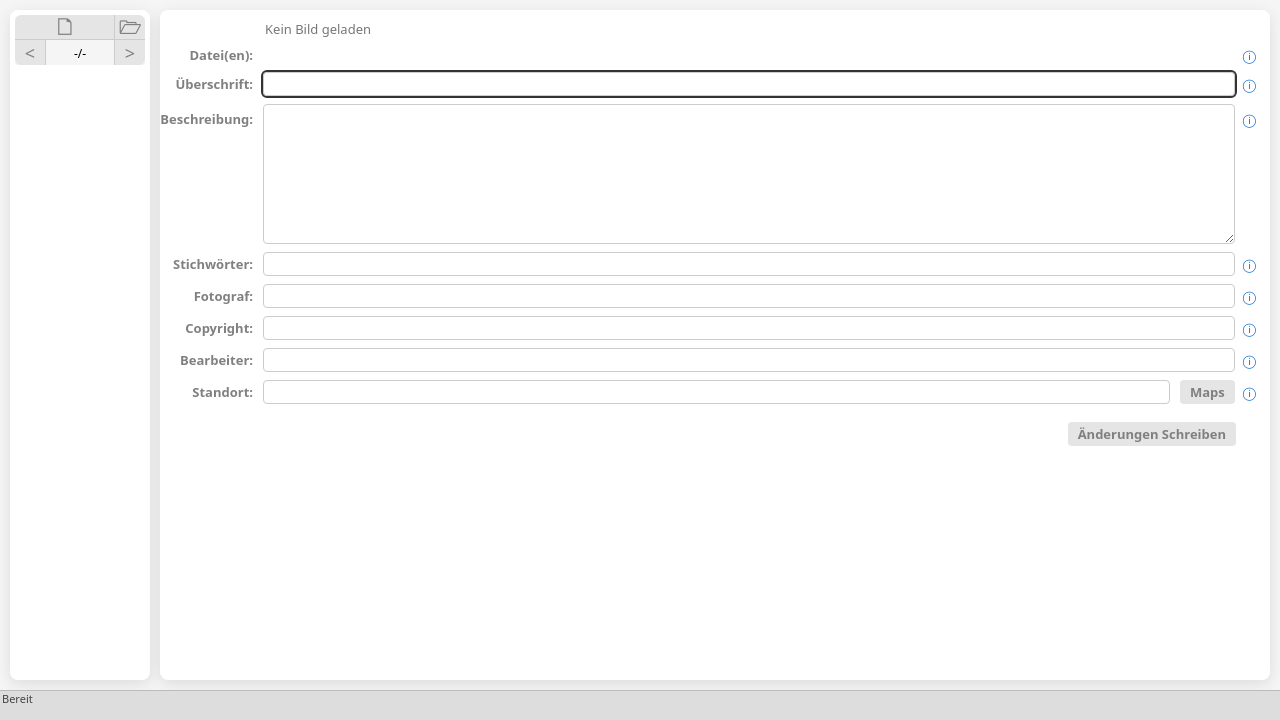
Repository: h-fahle/metadata
Page: ui/index.html
The author's editor kept a copy of each file at every save. The page is drawn from the files as they stood at one save, then again after the next save.
The browser window is 1280 px wide. The pictures show the whole page.
The first visible `.form-row input` has the focus.

Above is the page before, as saved 2026-08-25 09:55:47.
Console error: TypeError: Cannot read properties of undefined (reading 'core')

### ui/index.html
<!DOCTYPE html>
<html lang="de">

<head>
	<meta charset="UTF-8">
	<title>Tauri ExifTool Test</title>
	<script src="script.js" defer></script>
	<link rel="stylesheet" href="style.css">
</head>

<body>

	<main id="main-container">

		<!-- Das Vorschaubild links -->
		<aside id="sidebar">

			<div class="split-button-container">
				<div class="main-row">
					<button class="open-files" onclick="waehleUndLadeBilder(false, true)">&#x1F5CB;</button>
					<button class="open-folder" onclick="waehleUndLadeBilder(true, false)">&#x1F5C1;</button>
				</div>
				<div class="pager-row">
					<button class="pager-btn prev-btn" onclick="blaettern(-1)">&lt;</button>
					<div id="img-nummer" class="pager-display">-/-</div>
					<button class="pager-btn next-btn" onclick="blaettern(1)">&gt;</button>
				</div>
			</div>

			<img id="vorschau-bild" src="" style="display:none;" />
			<div id="bild-info" style="text-align:center;">
				<span id="img-datum"></span><br>
				<span id="img-groesse"></span>
			</div>
		</aside>

		<!-- Das Formular rechts -->
		<section id="form-container">

			<div id="ordner-pfad">Kein Bild geladen</div>

			<div class="form-row">
				<label for="filename">Datei(en):</label>
				<div id="dynamischerBereich" style="width: 100%;">
					<!-- Input- / oder Select-Element -->
				</div>
				<div class="tooltip-container">
					<span class="info-icon">ⓘ</span>
					<div class="tooltip-box">Im Einzelmodus: Änderung des Dateinamens bewirkt Umbenennung der Datei.
						Im Stapelmodus: Dateinamen sind nicht änderbar.!
					</div>
				</div>
			</div>

			<div class="form-row">
				<label for="caption">Überschrift:</label>
				<input type="text" id="caption" name="caption" />
				<div class="tooltip-container">
					<span class="info-icon">ⓘ</span>
					<div class="tooltip-box">Auch: (Dokument-)Titel, Schlagzeile, Headline
					</div>
				</div>
			</div>

			<div class="form-row form-row-top">
				<label for="description">Beschreibung:</label>
				<textarea id="description" name="description"></textarea>
				<div class="tooltip-container">
					<span class="info-icon">ⓘ</span>
					<div class="tooltip-box">Beschreibender Text in beliebiger Länge.
						(Im Stapelmodus wird der eingegebene Text
						&nbsp;&nbsp; an vorhandenen angehängt.)
						Hinweis: Einige Programme zeigen nur 2.000 Zeichen
						&nbsp;&nbsp; oder auch weniger an.
					</div>
				</div>
			</div>

			<div class="form-row">
				<label for="keywords">Stichwörter:</label>
				<input type="text" id="keywords" name="keywords" />
				<div class="tooltip-container">
					<span class="info-icon">ⓘ</span>
					<div class="tooltip-box">Komma-separierte Liste. Groß-/Kleinschreibung beachten.
						Im Stapelmodus werden die eingegebenen Stichwörter
						&nbsp;&nbsp; an vorhandene angehängt.
					</div>
				</div>
			</div>

			<div class="form-row">
				<label for="creator">Fotograf:</label>
				<input type="text" id="creator" name="creator" />
				<div class="tooltip-container">
					<span class="info-icon">ⓘ</span>
					<div class="tooltip-box">Urheber, Ersteller, Autor
						(Tags: Artitst, Creator, By-line)
					</div>
				</div>
			</div>

			<div class="form-row">
				<label for="copyright">Copyright:</label>
				<input type="text" id="copyright" name="copyright" />
				<div class="tooltip-container">
					<span class="info-icon">ⓘ</span>
					<div class="tooltip-box">Urheberrechtshinweis; enthält in der Regel:
						Name des Fotografen, Aufnahmejahr und Nutzungsrechte;
						(z.B. 'Copyright [1975] [Mustermann], Alle Rechte vorbehalten')
					</div>
				</div>
			</div>

			<div class="form-row">
				<label for="editor">Bearbeiter:</label>
				<input type="text" id="editor" name="editor" />
				<div class="tooltip-container">
					<span class="info-icon">ⓘ</span>
					<div class="tooltip-box">Verfasser der Metadaten
						(Tags: Caption Writer, Writer Editor)
					</div>
				</div>
			</div>

			<div class="form-row">
				<label for="position">Standort:</label>
				<input type="text" id="position" name="position" />
				<button type="button" onclick="zeigeMaps(event)">Maps</button>
				<div class="tooltip-container">
					<span class="info-icon">ⓘ</span>
					<div class="tooltip-box">GPS-Koordinaten in Dezimalgrad (z.B.: 51.49129, 8.43317).
						Ermitteln der Koordinaten in der Google Maps-Karte:
						&nbsp; 1. mit rechter Maustaste auf den Standort klicken,
						&nbsp; 2. auf die angezeigten Koordinaten klicken,
						&nbsp; 3. der so gespeicherte Wert kann mit Strg+V
						&nbsp;&nbsp;&nbsp;&nbsp;&nbsp;&nbsp; hier eingefügt werden.
					</div>
				</div>
			</div>

			<!-- Button-Leiste -->
			<div class="button-group">
				<button type="button" onclick="exifSchreiben(event)">Änderungen
					Schreiben</button>
			</div>

		</section> <!-- Ende der form-containers-->
	</main> <!-- Ende des main-containers -->

	<footer id="statusleiste">
		<div id="status-text">
			Bereit
		</div>
	</footer>


</body>

</html>

### ui/style.css
:root {
	--app-font: system-ui, -apple-system, "Segoe UI", Roboto, Helvetica, Arial, sans-serif;
	--app-font-size: 13px;
}

/* 1. Das App-Fenster exakt auf 100% fixieren (kein äußeres Scrollen) */
html, body {
	margin: 0;
	padding: 0;
	height: 100vh;
	width: 100vw;
	overflow: hidden; /* Verhindert jegliche äußere Scrollbalken */
	background: #f5f5f5;
	display: flex;
	flex-direction: column; /* Hauptinhalt oben, Statusleiste unten */
	font-family: var(--app-font);
	font-size: var(--app-font-size);
}

input,
textarea,
button,
select {
	font-family: var(--app-font) !important;
	font-size: var(--app-font-size) !important;
}

/* Allumfassender Box-Sizing-Fix für die gesamte App */
*, *::before, *::after {
	box-sizing: border-box;
}

/* 2. Der Hauptbereich füllt den gesamten oberen Platz aus --------------------------- */
#main-container {
	flex: 1;
	display: flex;
	flex-direction: row; /* Elemente nebeneinander */
	gap: 10px;
	padding: 10px;
	overflow: hidden; /* Verhindert, dass Riesen-Inhalte das Fenster sprengen */
}

/* 3. LINKS: Die Sidebar mit fester Breite */
#sidebar {
	width: 140px;
	min-width: 140px; /* Lässt die Sidebar niemals schrumpfen */
	background-color: #ffffff;
	border-radius: 8px;
	padding: 5px;
	box-shadow: 0 4px 15px rgba(0, 0, 0, 0.1);
}

#vorschau-bild {
	max-width: 130px;
	margin: 15px auto;
	height: auto;
}

/* 4. RECHTS: Das Formular nimmt den gesamten Rest ein und wächst mit */
#form-container {
	flex: 1; /* Nimmt 100% des restlichen Platzes ein */
	min-width: 0; /* Erlaubt Flexbox, die Box bei Bedarf zu verkleinern */
	background-color: #ffffff;
	border-radius: 8px;
	padding: 10px;
	display: flex;
	flex-direction: column;
	gap: 8px;
	box-shadow: 0 4px 15px rgba(0, 0, 0, 0.1);
}

#ordner-pfad {
	margin-left: 95px !important;
	color: #777777;
}

/* Jede Zeile wird zu einer horizontalen Flexbox */
.form-row {
	display: flex !important;
	flex-direction: row;
	align-items: center; /* Richtet Label und Input vertikal mittig zueinander aus */
	gap: 10px;           /* Abstand zwischen Label und Input */
	width: 100%;
}

/* Die Labels bekommen eine feste Breite, damit alle Inputs sauber untereinander starten */
.form-row label {
	width: 95px;         /* Breite je nach längstem Label-Text anpassen */
	min-width: 95px;     /* Verhindert, dass das Label zusammengedrückt wird */
	text-align: right;   /* Optional: Richtet den Text rechtsbündig zum Input aus */
	color: gray;
	font-weight: bold;
	margin-left: -12px;
}

/* Die Eingabefelder füllen jetzt den gesamten restlichen Platz der Zeile aus */
.form-row input,
.form-row textarea,
.form-row select {
	flex: 1;             /* Zwingt das Input-Feld, den Rest der Zeile einzunehmen */
	width: 100%;
	min-width: 0;        /* Erlaubt dem Input, bei sehr kleinen Fenstern stabil zu schrumpfen */
	border: 1px solid #ccc;
	border-radius: 4px;
	padding: 2px;
	-webkit-font-smoothing: antialiased;
	outline: none;
}
.form-row select {
	height: 25px;
	padding: 0;
}
.form-row textarea {
	min-height: 140px;
}
.form-row input:focus-visible {
	outline: 2px solid #333;
}

/* Ändert die Ausrichtung für die Textarea-Zeile nach oben */
.form-row-top {
	align-items: flex-start !important; /* Richtet Label, Textarea und Icon oben aus */
}
.form-row-top label,
.form-row-top .tooltip-container {
	padding-top: 6px; /* Verhindert, dass das Label zu weit oben klebt */
}


/* 5. UNTEN: Die Statusleiste mit fixer Höhe und eigenem Scrollbalken */
#statusleiste {
	height: 30px;  /* Feste Höhe für ca. 2 Zeilen Text */
	min-height: 30px;
	border-top: 1px solid #bbb;
	background-color: #ddd;
	font-size: 11px;
	color: #444;
	padding: 0 2px;
	overflow-y: auto;  /* Vertikaler Scrollbalken erscheint NUR bei Bedarf */
	overflow-x: hidden;  /* Verhindert horizontales Scrollen in der Statusleiste */
	-webkit-font-smoothing: antialiased;
}


/* Bedien-Elemente -------------------------------------------- */
button {
	padding: 3px 10px;
	font-weight: bold;
	cursor: pointer;
	border: none;
	background-color:#e5e5e5;
	color: gray;
}
button:hover {
	background-color: gray;
	color: white;
}
.button-group button,
.form-row button {
	border-radius: 4px;
}

	/* ------------------------------------------------------------------------------ */
	/* Container hält die Steuer-Buttons zusammen */
	.split-button-container {
	  display: inline-flex;
	  flex-direction: column;
	  position: relative;
	  font-family: system-ui, -apple-system, sans-serif;
	  width:130px;
	}

	/* Obere Reihe */
	.main-row {
	  height: 25px;
	  display: flex;
	  border-bottom: 1px solid #ccc; /* Trennlinie zur zweiten Reihe */
	}

	/* Untere Reihe */
	.pager-row {
	  height: 25px;
	  display: flex;
	  align-items: center;
	  background-color: #f5f5f5;
	}

	/* Gemeinsames Design für die Button-Teile */
	.open-files,
	.open-folder,
	.prev-btn,
	.next-btn {
	  font-size: 18px  !important;
	  padding: 0;
	  cursor: pointer;
	  transition: background-color 0.2s;
	}
	.prev-btn,
	.next-btn {
		font-weight: normal;
	}

	/* Hauptbutton oben links */
	.open-files {
	  width: 100%;
	  border-top-left-radius: 6px;
	  border-right: 1px solid #ccc
	}

	/* Pfeilbutton oben rechts */
	.open-folder {
	  width: 30%;
	  border-top-right-radius: 6px;
	}

	/* Blätter-Buttons unten links und rechts */
	.pager-btn {
	  width: 30px;
	  height: 100%;
	  display: flex;
	  align-items: center;
	  justify-content: center;
	  transition: background-color 0.2s;
	}
	.prev-btn {
		border-bottom-left-radius: 6px;
	}
	.next-btn {
		border-bottom-right-radius: 6px;
	}

	.pager-display {
	  height: 100%;
	  flex-grow: 1; /* Nimmt den gesamten Platz in der Mitte ein */
	  text-align: center;
	  font-size: 12px;
	  padding: 5px 0;
	  border-left: 1px solid #ccc;
	  border-right: 1px solid #ccc;
	  user-select: none; /* Verhindert versehentliches Markieren beim Klicken */
	}



/* Der Absendeknopf richtet sich nach den Eingabefeldern aus */
.button-group {
	display: flex;
	justify-content: flex-end;
	margin: 10px 24px 0 0;
}

.button-group button {
	margin-left: 5px;
}


/* Tooltip ---------------------------------------------------------- */

/* Container für das Icon und die Box */
.tooltip-container {
	position: relative; /* Wichtig, damit sich die Box am Icon ausrichtet */
	display: inline-flex;
	align-items: center;
	cursor: help;       /* Zeigt das Fragezeichen/Hilfe-Symbol als Mauszeiger */
	margin-left: -6px;
}

/* Das Info-Icon selbst */
.info-icon {
	color: #0066cc;     /* Schönes Info-Blau */
	padding: 0 4px;
	font-size: 13px;
}

.tooltip-box {
	display: none;
	position: fixed;

	width: max-content;
	max-width: 400px;      /* Verhindert, dass der Tooltip bei sehr viel Text das Fenster sprengt */
	white-space: pre-line;

	background-color: lightyellow;
	color: black;
	border: 1px solid gray;
	padding: 2px 4px;
	border-radius: 6px;
	font-size: 11px;
	line-height: 1.4;
	box-shadow: 0 4px 10px rgba(0, 0, 0, 0.2);
	z-index: 1001;   /* Über der Statusleiste (1000), falls sie sich überschneiden */

  	/* Verschiebt den Tooltip komplett nach links,
     sodass seine rechte Kante am Cursor sitzt */
 	transform: translate(-100%, 40%);

	/* Animation & Verstecken */
	transition: opacity 0.2s ease-in-out, visibility 0.2s;
	pointer-events: none; /* Verhindert, dass die Box beim unabsichtlichen Drüberfahren flackert */
}

/* Zeige den Tooltip nur, wenn die Maus über dem Container ist */
.tooltip-container:hover .tooltip-box {
  display: block;
}

Loaded but not shown: ui/script.js (347 lines, source omitted)

After the next save:
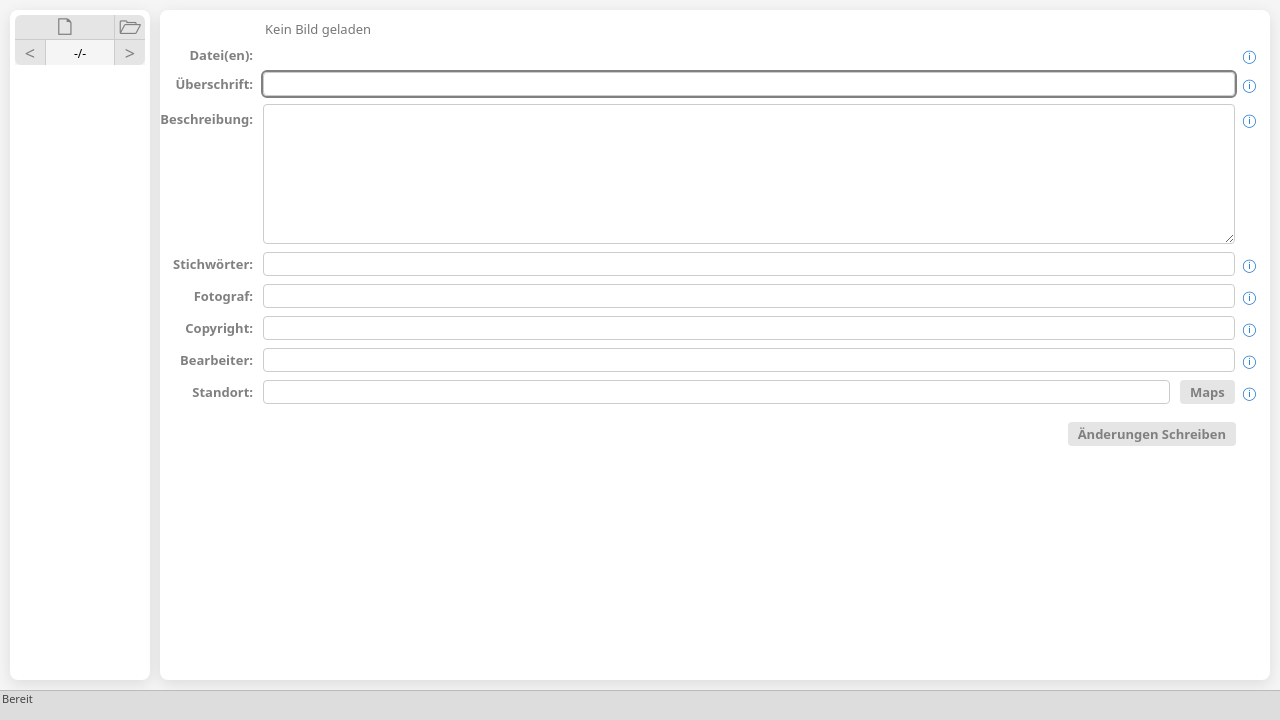
Saved 31 s later.
--- a/ui/style.css
+++ b/ui/style.css
@@ -114,7 +114,7 @@ select {
 	min-height: 140px;
 }
 .form-row input:focus-visible {
-	outline: 2px solid #333;
+	outline: 2px solid gray;
 }
 
 /* Ändert die Ausrichtung für die Textarea-Zeile nach oben */
